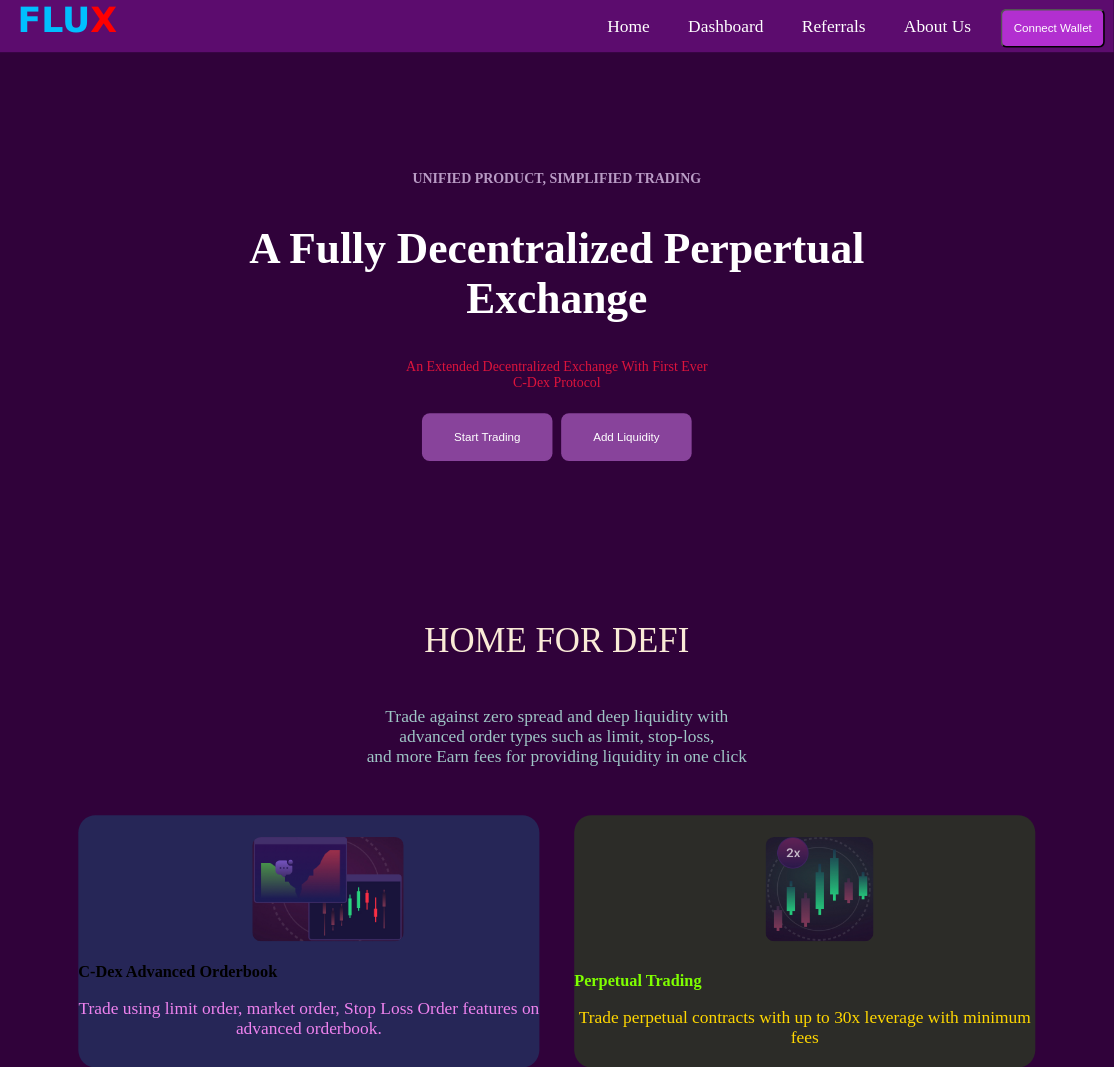
Repository: Tobby004/Flux-figma
Page: index.html
An editor plug-in stored every save of this project. The page is shown before and after the next save, followed by the edit.
The browser window is 1280 px wide. The pictures show the whole page, at 87% of full size.

Above is the page before, as saved 2023-04-20 01:20:16.

### index.html
<!DOCTYPE html>
<html lang="en">
<head>
    <meta charset="UTF-8">
    <meta http-equiv="X-UA-Compatible" content="IE=edge">
    <meta name="viewport" content="width=device-width, initial-scale=1.0">
    <title>Flux Template</title>
    <link rel="stylesheet" href="style.css">
</head>
<body>
    <header>
        <b>FLU<a>X</a></b>
    </header>
   <nav>
    <ul>
        <li><a href="#">Home</a></li>
        <li><a href="#">Dashboard</a></li>
        <li><a href="#">Referrals</a></li>
        <li><a href="#">About Us</a></li>
        <button>Connect Wallet</button>
    </ul>
   </nav>
    <br>
    <br>
    <h4>UNIFIED PRODUCT, SIMPLIFIED TRADING</h4>
    <h2> A Fully Decentralized Perpertual <br>Exchange </h2>
    <p>An Extended Decentralized Exchange With First Ever <br>C-Dex Protocol</p>
    <div class="button">
        <input type="button" value="Start Trading">
        <input type="button" value="Add Liquidity">
    </div>
<br>
<br>
<br>
<br>
<div class="section1">
    <h4>HOME FOR DEFI</h4>
    <p>Trade against zero spread and deep liquidity with<br> advanced order types such as limit, stop-loss,<br> and more Earn fees for providing liquidity in one click</p>
</div>
<br>
<br>
<div class="box">
    <div class="box1">
       <img src="img1.jpg">
  <h3>C-Dex Advanced Orderbook</h3>
  <p>Trade using limit order, market order, Stop Loss Order features on advanced orderbook.</p>
    </div>
    <div class="box2">
        <img src="img2.jpg">
        <h3>Perpetual Trading</h3>
        <p>Trade perpetual contracts with up to 30x leverage with minimum fees</p>
    </div>
</div>

</body>
</html>

### style.css
*{
    box-sizing: border-box;
}
body {
    margin: 0;
    background-color: #30023a;
}
nav {
    background-color: #5c0c6e;
    height: 60px;
}
nav ul {
    margin: auto;
    text-align: end;
    padding: 10px;
}
nav li {
display: inline-block;
}
header b {
    font-family: Verdana, Geneva, Tahoma, sans-serif;
    color: deepskyblue;
    position: absolute;
    margin-left: 20px;
    font-size: 40px;
}
header b a{
    color: red;
}
nav a {
    text-decoration: none;
    padding: 10px;
    color: white;
    font-size: 20px;
    margin-right: 20px;
}
li a:hover{
    color: yellow;
    transition: all 4s;
    padding: 5px;
}
button{
    padding: 13px;
    background: #b22fd0;
    border-radius: 7px;
    color: white;
}
h4 {
    margin-top: 100px;
    text-align: center;
    color: rgb(185, 156, 197);
}
h2 {
    text-align: center;
    font-size: 50px;
    color: white;
}
p {
    text-align: center;
    color: crimson;
}
.button {
    display: flex;
    padding: 10px;
    gap: 10px;
    justify-content: center;
}
input[type="button"]{
    padding: 20px;
    width: 150px;
    border-radius: 9px;
    border: none;
    color: white;
    background-color: rgb(136, 67, 155);
}
 div h4 {
    color: antiquewhite;
    font-size: 40px;
    font-weight: lighter;

}
 div p {
    color: rgb(158, 197, 197);
    font-size: 20px;
    font-weight: lighter;
}
.box {
    height: max-content;
    width: max-content;
    display: flex;
    gap: 40px;
    margin-right: auto;
    margin-left: auto;
}
.box1{
    height: 290px;
    width: 530px;
    background-color: rgb(38, 38, 87);
    border-radius: 20px;
}
.box1 h3 {
    color: black;
    margin-top: 20px;
}
.box1 p {
    color: violet;
}
.box1 img{
    margin-top: 25px;
    height: 120px;
    border-radius: 10px;
   margin-left: 200px;
}
.box2 {
    height: 290px;
    width: 530px;
    background-color: rgb(44, 44, 40);
    border-radius: 20px;
}
.box2 h3{
    color: chartreuse;
    margin-top: 30px;
}
.box2 p {
    color: gold;
}
.box2 img {
    margin-top: 25px;
    height: 120px;
    border-radius: 10px;
    margin-left: 220px;

}

After the next save:
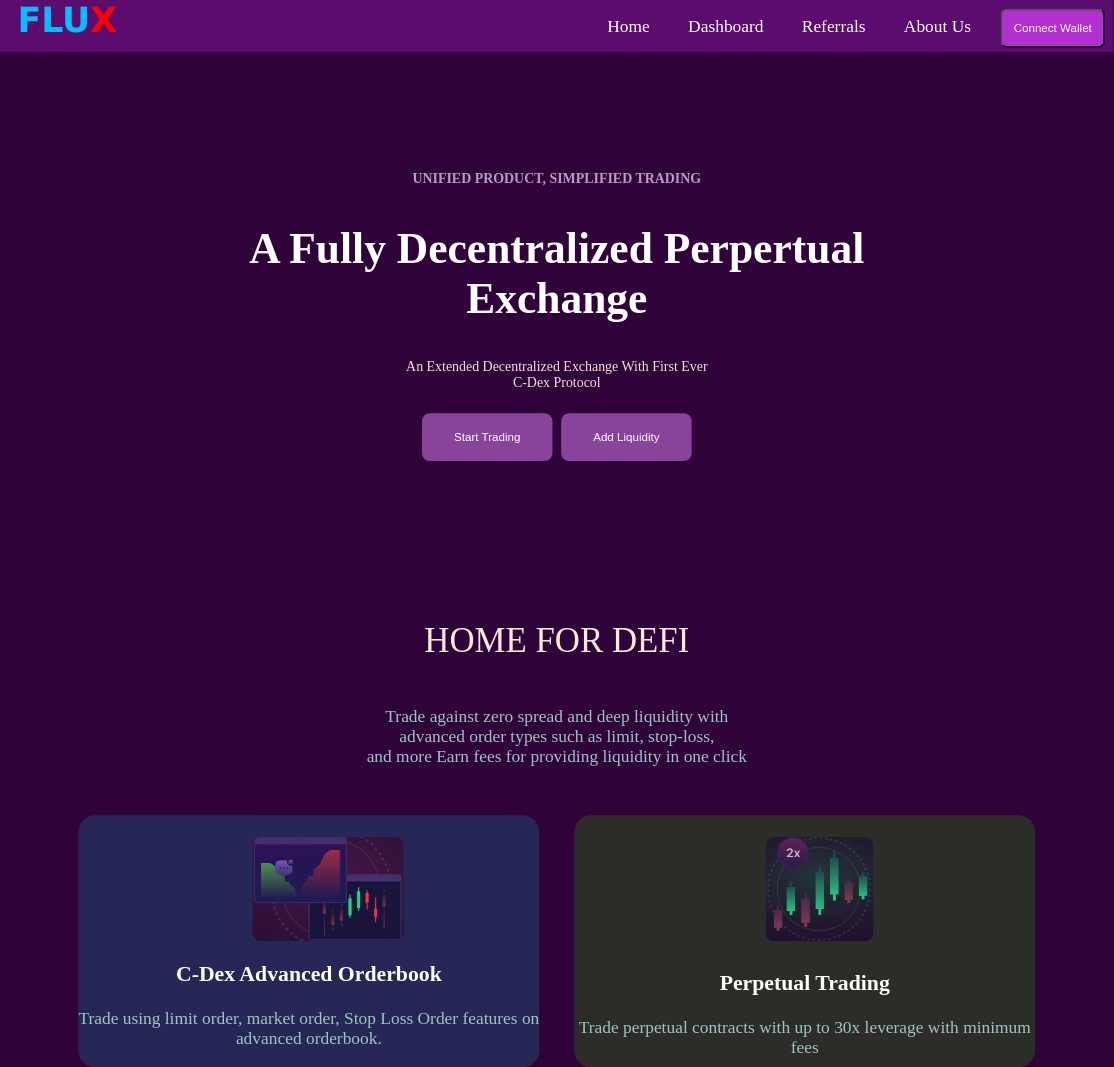
Saved 7 min 44 s later.
--- a/style.css
+++ b/style.css
@@ -57,7 +57,7 @@ h2 {
 }
 p {
     text-align: center;
-    color: crimson;
+    color: rgb(248, 225, 225);
 }
 .button {
     display: flex;
@@ -99,11 +99,13 @@ input[type="button"]{
     border-radius: 20px;
 }
 .box1 h3 {
-    color: black;
+    text-align: center;
+    color: white;
+    font-size: 25px;
     margin-top: 20px;
 }
 .box1 p {
-    color: violet;
+    text-align: center;
 }
 .box1 img{
     margin-top: 25px;
@@ -118,16 +120,17 @@ input[type="button"]{
     border-radius: 20px;
 }
 .box2 h3{
-    color: chartreuse;
+    text-align: center;
+    font-size: 25px;
+    color: white;
     margin-top: 30px;
 }
 .box2 p {
-    color: gold;
+    text-align: center;
 }
 .box2 img {
     margin-top: 25px;
     height: 120px;
     border-radius: 10px;
     margin-left: 220px;
-
 }
